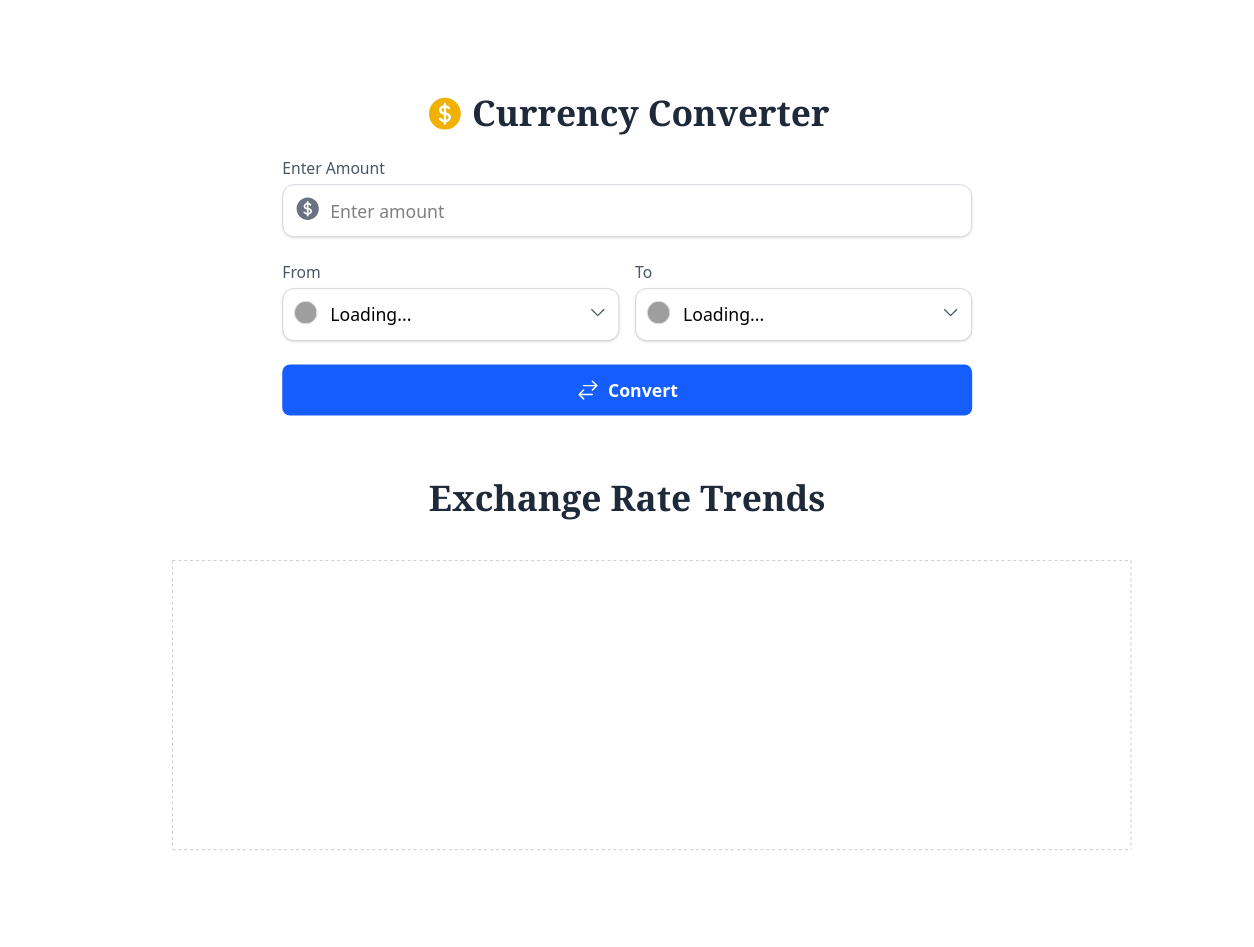
Repository: adrcstro/withcenter_developer_exam
Page: /
These files come from the project's save history. The page is drawn as it stood at one moment and after the next save; the edit follows.
The browser window is 1280 px wide. The pictures show the whole page, at 98% of full size.
Pictures or frames that could not be fetched are drawn as grey boxes. The page's requests for data from a server got no answer. The project was rebuilt for these pictures with package versions that can differ from the ones it lists, and the page was loaded fresh each time. No one was signed in, and anything a server would have sent is missing. Also part of the build but not shown: vite.config.ts.

Above is the page before, as saved 2025-03-18 16:46:23.

### index.html
<!doctype html>
<html lang="en">
  <head>
    <meta charset="UTF-8" />
    <link rel="icon" type="image/svg+xml" href="/vite.svg" />
    <meta name="viewport" content="width=device-width, initial-scale=1.0" />
    <title>Vite + React + TS</title>
    <!-- public/index.html -->
  <link href="https://fonts.googleapis.com/css2?family=Montserrat:wght@300;400;500;700&display=swap" rel="stylesheet">


  </head>
  <body>
    <div id="root"></div>
    <script type="module" src="/src/main.tsx"></script>
  </body>
</html>

### src/main.tsx

import { createRoot } from 'react-dom/client'
import './index.css'
import App from './App.tsx'

createRoot(document.getElementById('root')!).render(

    <App />

)

### src/App.tsx
import { Provider } from "react-redux";
import { QueryClient, QueryClientProvider } from "@tanstack/react-query";
import { store } from "./Store/store";
import { useAppDispatch, useAppSelector } from "./Store/hooks";
import { setAmount, setFromCurrency, setToCurrency, setConvertedAmount } from "./Store/exchangeRateSlice";
import { useExchangeRates, useSupportedCurrencies } from "./Store/useExchangeRates";
import { ArrowsRightLeftIcon, CurrencyDollarIcon } from "@heroicons/react/24/solid";
import { AreaChart, Area, XAxis, YAxis, CartesianGrid, Tooltip, ResponsiveContainer } from "recharts";
import { ChevronDownIcon } from "@heroicons/react/24/solid"; // Import Heroicons
const queryClient = new QueryClient();


interface Currency {
  code: string;
  name: string;
}

const currencyToCountryCode: Record<string, string> = {
  USD: "us", EUR: "eu", GBP: "gb", JPY: "jp", AUD: "au", CAD: "ca", CHF: "ch", CNY: "cn",
  INR: "in", BRL: "br", ZAR: "za", MXN: "mx", AED: "ae", AFN: "af", ALL: "al", AMD: "am",
  ANG: "an", AOA: "ao", ARS: "ar", AWG: "aw", AZN: "az", BBD: "bb", BDT: "bd", BGN: "bg",
  BHD: "bh", BIF: "bi", BMD: "bm", BND: "bn", BOB: "bo", BSD: "bs", BTN: "bt", BWP: "bw",
  BYN: "by", BZD: "bz", CLP: "cl", COP: "co", CRC: "cr", CUP: "cu", CVE: "cv", CZK: "cz",
  DJF: "dj", DKK: "dk", DOP: "do", DZD: "dz", EGP: "eg", ERN: "er", ETB: "et", FJD: "fj",
  FKP: "fk", FOK: "fo", GEL: "ge", GGP: "gg", GHS: "gh", GIP: "gi", GMD: "gm", GNF: "gn",
  GTQ: "gt", GYD: "gy", HKD: "hk", HNL: "hn", HRK: "hr", HTG: "ht", HUF: "hu", IDR: "id",
  ILS: "il", ISK: "is", JMD: "jm", JOD: "jo", KES: "ke", KGS: "kg", KHR: "kh", KMF: "km",
  KRW: "kr", KWD: "kw", KYD: "ky", KZT: "kz", LAK: "la", LBP: "lb", LKR: "lk", LRD: "lr",
  LSL: "ls", LYD: "ly", MAD: "ma", MDL: "md", MGA: "mg", MKD: "mk", MMK: "mm", MNT: "mn",
  MOP: "mo", MRU: "mr", MUR: "mu", MVR: "mv", MWK: "mw", MYR: "my", MZN: "mz", NAD: "na",
  NGN: "ng", NIO: "ni", NOK: "no", NPR: "np", NZD: "nz", OMR: "om", PAB: "pa", PEN: "pe",
  PGK: "pg", PHP: "ph", PKR: "pk", PLN: "pl", PYG: "py", QAR: "qa", RON: "ro", RSD: "rs",
  RUB: "ru", RWF: "rw", SAR: "sa", SBD: "sb", SCR: "sc", SDG: "sd", SEK: "se", SGD: "sg",
  SHP: "sh", SLL: "sl", SOS: "so", SRD: "sr", SSP: "ss", STN: "st", SYP: "sy", SZL: "sz",
  THB: "th", TJS: "tj", TMT: "tm", TND: "tn", TOP: "to", TRY: "tr", TTD: "tt", TZS: "tz",
  UAH: "ua", UGX: "ug", UYU: "uy", UZS: "uz", VES: "ve", VND: "vn", VUV: "vu", WST: "ws",
  XAF: "cm", XCD: "ag", XOF: "bj", XPF: "pf", YER: "ye", ZMW: "zm", ZWL: "zw",
};


const getFlagUrl = (currencyCode: string) => {
  const countryCode = currencyToCountryCode[currencyCode] || currencyCode.toLowerCase();
  return `https://flagcdn.com/w40/${countryCode}.png`;
};

function CurrencyConverter() {
  const dispatch = useAppDispatch();
  const { fromCurrency, toCurrency, amount, convertedAmount } = useAppSelector((state) => state.exchangeRates);

  const { data: exchangeRates } = useExchangeRates(fromCurrency);
  const { data: currencies, isLoading } = useSupportedCurrencies();

  const handleConvert = () => {
    if (!exchangeRates) return;
    const rate = exchangeRates[toCurrency] || 1;
    dispatch(setConvertedAmount((parseFloat(amount) * rate).toFixed(2)));
  };

  const chartData = exchangeRates
    ? Object.entries(exchangeRates).map(([currency, rate]) => ({ currency, rate }))
    : [];

  return (
    <div className="flex flex-col items-center justify-center min-h-screen bg-white p-8 md:p-12 lg:p-16">
    <div className="flex flex-col items-center justify-center w-full max-w-[2000px] px-4 md:px-8">
      <div className="bg-white rounded-xl p-6 md:p-8 w-full max-w-3xl">
        <h2 className="text-3xl md:text-4xl font-serif font-semibold text-gray-800 text-center mb-4 md:mb-6 flex items-center justify-center gap-2">
          <CurrencyDollarIcon className="w-8 md:w-10 h-8 md:h-10 text-yellow-500" />
          Currency Converter
        </h2>

        <div className="mb-4 md:mb-6 w-full">
          <label className="block text-gray-600 text-base font-medium">Enter Amount</label>
          <div className="relative">
            <input
              type="number"
              value={amount}
              onChange={(e) => dispatch(setAmount(e.target.value))}
              className="w-full mt-1 pl-10 md:pl-12 pr-4 py-2 md:py-3 border border-gray-300 rounded-xl text-base md:text-lg shadow-sm focus:outline-none focus:ring-2 focus:ring-blue-500 transition-all duration-200"
              placeholder="Enter amount"
            />
            <CurrencyDollarIcon className="w-6 md:w-7 h-6 md:h-7 text-gray-500 absolute left-3 top-1/2 -translate-y-1/2" />
          </div>
        </div>

        <div className="flex flex-col md:flex-row gap-4 mb-4 md:mb-6">
          {/* From Currency */}
          <div className="w-full md:w-1/2">
            <label className="block text-gray-600 text-base font-medium">From</label>
            <div className="relative flex items-center">
              <img
                src={getFlagUrl(fromCurrency)}
                alt={fromCurrency}
                className="w-5 md:w-6 h-5 md:h-6 absolute left-3 rounded-full border border-gray-300"
              />
              <select
                value={fromCurrency}
                onChange={(e) => dispatch(setFromCurrency(e.target.value))}
                className="w-full mt-1 pl-10 md:pl-12 pr-8 md:pr-10 py-2 md:py-3 border border-gray-300 rounded-xl text-base md:text-lg shadow-sm focus:outline-none focus:ring-2 focus:ring-blue-500 appearance-none bg-white transition-all duration-200"
              >
                {isLoading ? (
                  <option>Loading...</option>
                ) : (
                  currencies?.map(({ code, name }: Currency) => (
                    <option key={code} value={code}>
                      {code} - {name}
                    </option>
                  ))
                )}
              </select>
              <ChevronDownIcon className="w-4 md:w-5 h-4 md:h-5 absolute right-3 text-gray-600 pointer-events-none" />
            </div>
          </div>

          {/* To Currency */}
          <div className="w-full md:w-1/2">
            <label className="block text-gray-600 text-base font-medium">To</label>
            <div className="relative flex items-center">
              <img
                src={getFlagUrl(toCurrency)}
                alt={toCurrency}
                className="w-5 md:w-6 h-5 md:h-6 absolute left-3 rounded-full border border-gray-300"
              />
              <select
                value={toCurrency}
                onChange={(e) => dispatch(setToCurrency(e.target.value))}
                className="w-full mt-1 pl-10 md:pl-12 pr-8 md:pr-10 py-2 md:py-3 border border-gray-300 rounded-xl text-base md:text-lg shadow-sm focus:outline-none focus:ring-2 focus:ring-blue-500 appearance-none bg-white transition-all duration-200"
              >
                {isLoading ? (
                  <option>Loading...</option>
                ) : (
                  currencies?.map(({ code, name }: Currency) => (
                    <option key={code} value={code}>
                      {code} - {name}
                    </option>
                  ))
                )}
              </select>
              <ChevronDownIcon className="w-4 md:w-5 h-4 md:h-5 absolute right-3 text-gray-600 pointer-events-none" />
            </div>
          </div>
        </div>

        <button
          onClick={handleConvert}
          className="w-full bg-blue-600 hover:bg-blue-700 text-white text-base md:text-lg font-semibold py-2 md:py-3 rounded-lg flex items-center justify-center gap-2 transition duration-300"
        >
          <ArrowsRightLeftIcon className="w-5 md:w-6 h-5 md:h-6" />
          Convert
        </button>

        {convertedAmount && (
          <div className="mt-4 md:mt-6 text-center">
            <p className="text-gray-800 text-lg md:text-xl">
              {amount} {fromCurrency} = <span className="font-bold text-green-600">{convertedAmount} {toCurrency}</span>
            </p>
          </div>
        )}
      </div>
    </div>

    {/* Chart Section */}
    <div className="w-full max-w-7xl mt-6 md:mt-8 px-4 md:px-8">
      <h2 className="text-3xl md:text-4xl font-serif font-semibold text-gray-800 text-center mb-4 md:mb-6 flex items-center justify-center gap-2">
        Exchange Rate Trends
      </h2>
      <ResponsiveContainer width="100%" height={350}>
        <AreaChart data={chartData} margin={{ top: 20, right: 30, left: 20, bottom: 5 }}>
          <CartesianGrid strokeDasharray="3 3" />
          <XAxis dataKey="currency" />
          <YAxis />
          <Tooltip />
          <Area type="monotone" dataKey="rate" stroke="#8884d8" fill="#8884d8" />
        </AreaChart>
      </ResponsiveContainer>
    </div>
  </div>




  );
}

export default function App() {
  return (
    <Provider store={store}>
      <QueryClientProvider client={queryClient}>
        <CurrencyConverter />
      </QueryClientProvider>
    </Provider>
  );
}

### src/Store/store.ts
// src/store/store.ts
import { configureStore } from "@reduxjs/toolkit";
import exchangeRateReducer from "./exchangeRateSlice";

export const store = configureStore({
  reducer: {
    exchangeRates: exchangeRateReducer,
  },
});

export type RootState = ReturnType<typeof store.getState>;
export type AppDispatch = typeof store.dispatch;

### src/Store/hooks.ts

import { TypedUseSelectorHook, useDispatch, useSelector } from "react-redux";
import type { RootState, AppDispatch } from "./store";

export const useAppDispatch: () => AppDispatch = useDispatch;
export const useAppSelector: TypedUseSelectorHook<RootState> = useSelector;

### src/Store/exchangeRateSlice.ts
// src/store/exchangeRateSlice.ts
import { createSlice, PayloadAction } from "@reduxjs/toolkit";

interface ExchangeRateState {
  fromCurrency: string;
  toCurrency: string;
  amount: string;
  convertedAmount: string;
}

const initialState: ExchangeRateState = {
  fromCurrency: "USD",
  toCurrency: "EUR",
  amount: "",
  convertedAmount: "",
};

const exchangeRateSlice = createSlice({
  name: "exchangeRate",
  initialState,
  reducers: {
    setFromCurrency: (state, action: PayloadAction<string>) => {
      state.fromCurrency = action.payload;
    },
    setToCurrency: (state, action: PayloadAction<string>) => {
      state.toCurrency = action.payload;
    },
    setAmount: (state, action: PayloadAction<string>) => {
      state.amount = action.payload;
    },
    setConvertedAmount: (state, action: PayloadAction<string>) => {
      state.convertedAmount = action.payload;
    },
  },
});

export const { setFromCurrency, setToCurrency, setAmount, setConvertedAmount } = exchangeRateSlice.actions;
export default exchangeRateSlice.reducer;

### src/Store/useExchangeRates.ts
import { useQuery } from "@tanstack/react-query";
import axios from "axios";

const API_KEY = import.meta.env.VITE_EXCHANGE_RATE_API_KEY;
const BASE_URL = "https://v6.exchangerate-api.com/v6";

const fetchCurrencies = async () => {
  const response = await axios.get(`${BASE_URL}/${API_KEY}/codes`);
  return response.data.supported_codes.map(([code, name]: [string, string]) => ({
    code,
    name,
  }));
};
const fetchExchangeRates = async (fromCurrency: string) => {
  const response = await axios.get(`${BASE_URL}/${API_KEY}/latest/${fromCurrency}`);
  return response.data.conversion_rates;
};
export const useExchangeRates = (fromCurrency: string) => {
  return useQuery({
    queryKey: ["exchangeRates", fromCurrency],
    queryFn: () => fetchExchangeRates(fromCurrency),
    staleTime: 1000 * 60 * 10, // 10 minutes cache
  });
};
export const useSupportedCurrencies = () => {
  return useQuery({
    queryKey: ["supportedCurrencies"],
    queryFn: fetchCurrencies,
    staleTime: Infinity,
  });
};

Loaded but not shown: src/index.css (common file)

After the next save:
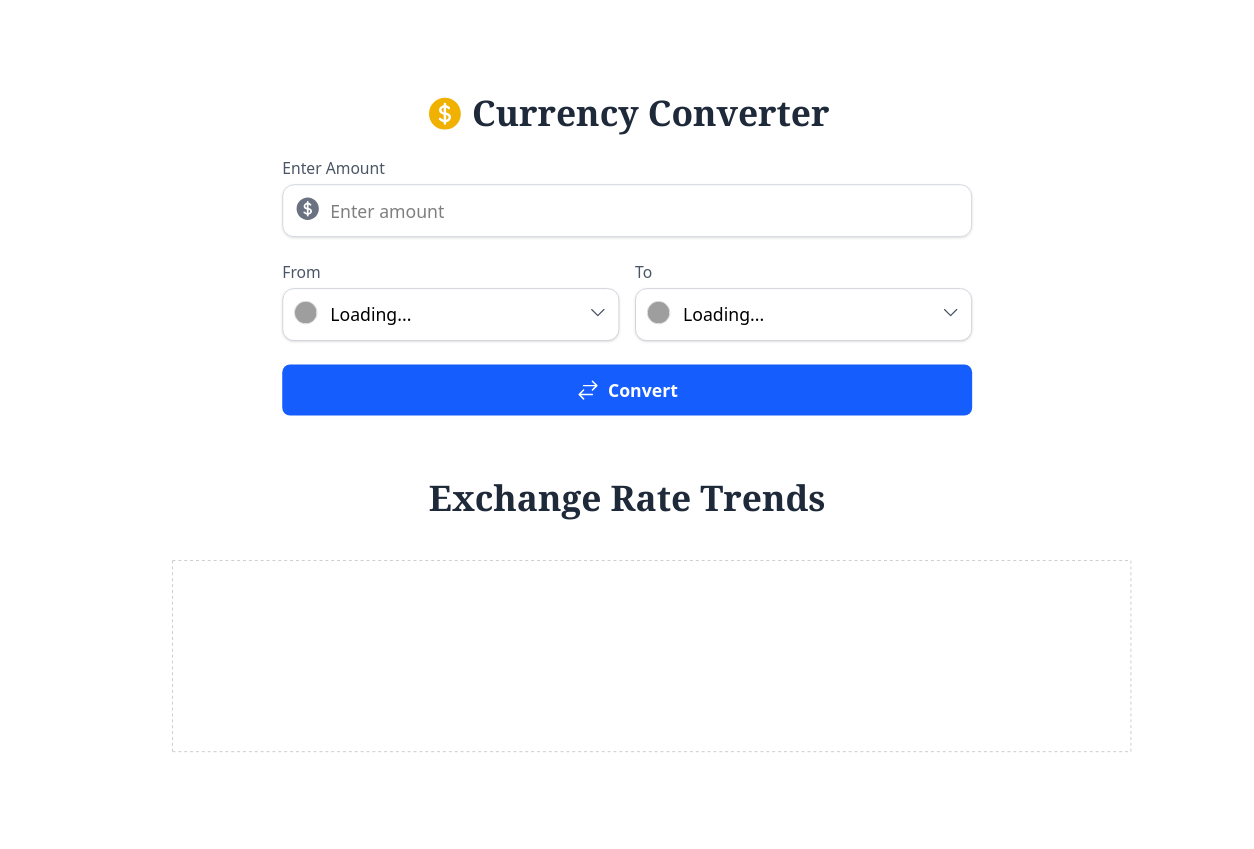
Saved 54 s later.
--- a/src/App.tsx
+++ b/src/App.tsx
@@ -164,7 +164,7 @@ function CurrencyConverter() {
       <h2 className="text-3xl md:text-4xl font-serif font-semibold text-gray-800 text-center mb-4 md:mb-6 flex items-center justify-center gap-2">
         Exchange Rate Trends
       </h2>
-      <ResponsiveContainer width="100%" height={350}>
+      <ResponsiveContainer width="100%" height={250}>
         <AreaChart data={chartData} margin={{ top: 20, right: 30, left: 20, bottom: 5 }}>
           <CartesianGrid strokeDasharray="3 3" />
           <XAxis dataKey="currency" />
